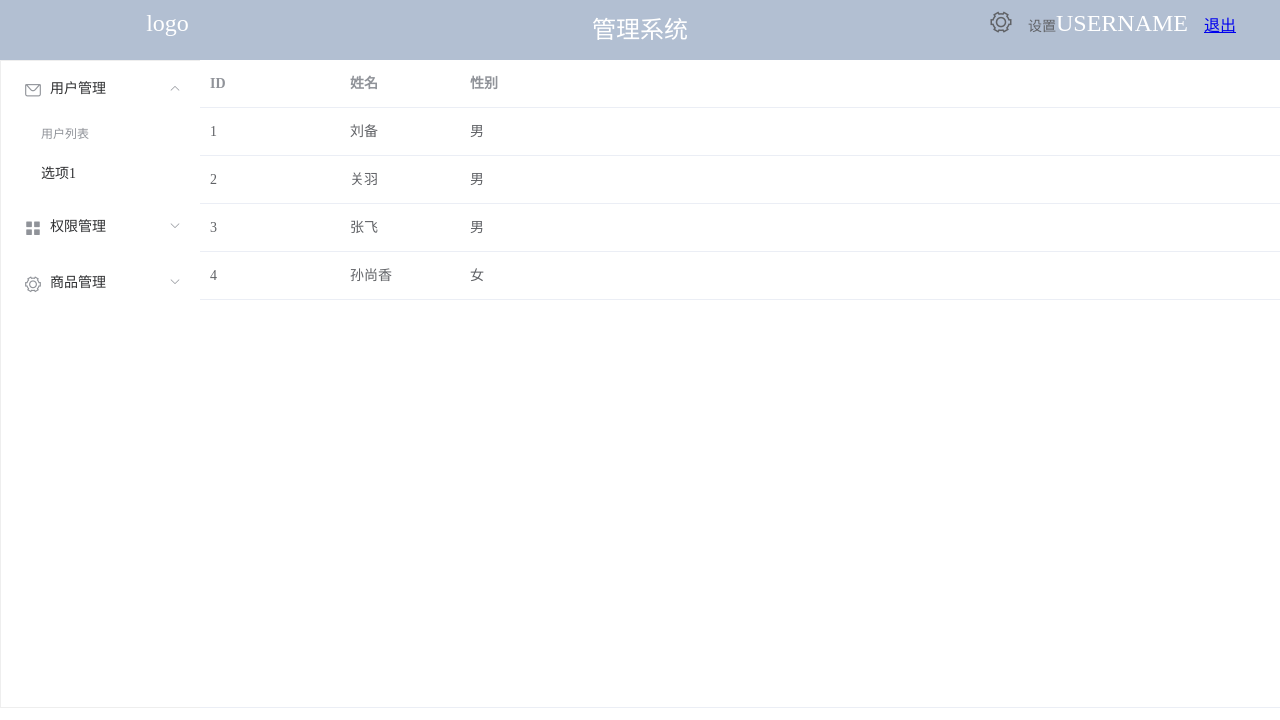
Repository: euphor1azzy/testlist
Page: / (app in list/)
The author's editor kept a copy of each file at every save. The page is drawn from the files as they stood at one save, then again after the next save.
The browser window is 1280 px wide. The pictures show the whole page.
The project was rebuilt for these pictures with package versions that can differ from the ones it lists, and the page was loaded fresh each time. Requests to the local data server were answered from the project's data file. Also part of the build but not shown: list/src/views/login/login.vue.

Above is the page before, as saved 2020-08-24 10:11:01.

### list/src/main.js
// 引入组件
import Vue from 'vue'
import ElementUI from 'element-ui';
import App from './App.vue'
import router from './router'
import MyHttpServer from './plugins/http'
Vue.use(router);


// 引入css文件
import './assets/css/reset.css'
import 'element-ui/lib/theme-chalk/index.css';


//使用插件
Vue.use(ElementUI)
Vue.use(MyHttpServer)
Vue.config.productionTip = false


new Vue({
    el: '#app',
    router,
    render: h => h(App)
}).$mount('#app')

### list/src/App.vue
<template>
  <div id="app" >

    <router-view></router-view>
  </div>
</template>

<script>

</script>

<style>
#app{

  height:100vh
}
</style>

### list/src/router/index.js
import Vue from 'vue'
import Router from 'vue-router'
import Home from '../views/home.vue'
import Login from '../views/login/login.vue'



Vue.use(Router);



export default new Router({
    routes: [{
            path: '/',
            name: 'home',
            component: Home

        },
        {
            name: 'Login',
            path: '/login',
            component: Login
        }
    ]
});

### list/src/plugins/http.js
//将axios改为插件
import axios from 'axios'
const MyHttpServer = {}


MyHttpServer.install = (Vue) => {
    axios.defaults.baseURL = 'http://localhost:8888/api/private/v1/'

    // 添加实例方法
    Vue.prototype.$http = axios

}

export default MyHttpServer

### list/src/assets/css/reset.css
/*! minireset.css v0.0.2 | MIT License | github.com/jgthms/minireset.css */

html,
body,
p,
ol,
ul,
li,
dl,
dt,
dd,
blockquote,
figure,
fieldset,
legend,
textarea,
pre,
iframe,
hr,
h1,
h2,
h3,
h4,
h5,
h6 {
    /* height: 100%; */
    margin: 0;
    padding: 0;
}

h1,
h2,
h3,
h4,
h5,
h6 {
    font-size: 100%;
    font-weight: normal;
}

ul {
    list-style: none;
}

button,
input,
select,
textarea {
    margin: 0;
}

html {
    box-sizing: border-box;
}

* {
    box-sizing: inherit;
}

*:before,
*:after {
    box-sizing: inherit;
}

img,
embed,
object,
audio,
video {
    height: auto;
    max-width: 100%;
}

iframe {
    border: 0;
}

table {
    border-collapse: collapse;
    border-spacing: 0;
}

td,
th {
    padding: 0;
    text-align: left;
}

### list/src/views/home.vue
<template>
    <div>

    <v-appnav></v-appnav>
    <div class="con">

    <v-appslider></v-appslider>

    <!-- 内容 -->
   <v-list></v-list>
    <router-link></router-link>
  </div>
</div>
</template>

<script>
// 导入组件

import AppNav from "../components/common/appnav";
import AppSlider from "../components/common/appslider";
import List from "../components/list/list";

export default {
  name: "Home",
  // 注册组件
  components: {
    "v-appnav": AppNav,
    "v-appslider": AppSlider,
    "v-list": List,
  },
};
</script>

<style>
.con {
  height: 100%;
  display: flex;
  flex: auto;
  flex-flow: row wrap;
  justify-content: flex-start;
  background-color: #e9eef5;
}
</style>

### list/src/components/common/appnav.vue
<template>
  <el-header class="nav">
    <el-row>
      <el-col :span="6">
        <div class="grid-content bg-purple">logo</div>
      </el-col>
      <el-col :span="12">
        <div class="grid-content bg-purple-light">管理系统</div>
      </el-col>
      <el-col :span="6">
        <div class="grid-content bg-purple">
          <el-dropdown>
            <i class="el-icon-setting" style="margin-right: 15px"></i><span>设置</span>
            <el-dropdown-menu slot="dropdown">
              <el-dropdown-item>查看</el-dropdown-item>
              <el-dropdown-item>新增</el-dropdown-item>
              <el-dropdown-item>删除</el-dropdown-item>
            </el-dropdown-menu>
          </el-dropdown>
          <span>USERNAME</span>
          <router-link to="/login" style="padding-left:16px;font-size:16px">退出</router-link>
        </div>
      </el-col>
    </el-row>
  </el-header>
</template>

<script>
export default {
  name: "AppNav",
};
</script>

<style scoped>
.nav {
  padding: 10px;
  text-align: center;
  font-size: 24px;
  width: 100%;
  color: #fff;
  background-color: #b2bfd2;
}
.el-icon-setting::before {
  font-size: 24px;
}
</style>

### list/src/components/common/appslider.vue
<template>
   <div id="el-container">
        <el-menu  :default-openeds="['1']" :unique-opened="true">
          <el-submenu index="1">
            <template slot="title">
              <i class="el-icon-message"></i>用户管理 </template>
            <el-menu-item-group>
              <template slot="title">用户列表</template>
              <el-menu-item index="1-1">选项1</el-menu-item>

            </el-menu-item-group>


          </el-submenu>

          <el-submenu index="2">
            <template slot="title">
              <i class="el-icon-menu"></i>权限管理
            </template>
            <el-menu-item-group>
              <template slot="title">分组一</template>
              <el-menu-item index="2-1">选项1</el-menu-item>
              <el-menu-item index="2-2">选项2</el-menu-item>
            </el-menu-item-group>
            <el-menu-item-group title="分组2">
              <el-menu-item index="2-3">选项3</el-menu-item>
            </el-menu-item-group>

          </el-submenu>


          <el-submenu index="3">
            <template slot="title">
              <i class="el-icon-setting"></i>商品管理
            </template>
            <el-menu-item-group>
              <template slot="title">分组一</template>
              <el-menu-item index="3-1">选项1</el-menu-item>
              <el-menu-item index="3-2">选项2</el-menu-item>
            </el-menu-item-group>

          </el-submenu>
        </el-menu>
      </div>
</template>

<script>
export default {

}
</script>

<style>
#el-container{
height: 90vh;
 border: 1px solid #eee;
  width:200px;
      display: flex;
    flex-direction: row;
    flex: 0;
    flex-basis: auto;
    box-sizing: border-box;
    min-width: 0;
}
</style>

### list/src/components/list/list.vue


<template>
       <el-table :data="items">
            <el-table-column prop="id" label="ID" width="140"></el-table-column>
            <el-table-column prop="name" label="姓名" width="120"></el-table-column>
            <el-table-column prop="gender" label="性别"></el-table-column>
          </el-table>

</template>
<script>
import axios from 'axios'
export default {
created() {
    this.loadData();
  },
  methods: {
    loadData() {
      axios.get("http://localhost:3000/heroes").then((res) => {
        this.items = res.data;
      });
    },
  },
  name: "list",
  data() {
    return {
      items: [],
      name: "",
      gender: "",
    };
  },
}
</script>

<style>

</style>

### list/server/db.json
{
    "users": [{
            "id": 1,
            "name": "abc",
            "age": 18,
            "gender": "男"
        },
        {
            "id": 2,
            "name": "SDSA",
            "age": 18,
            "gender": "男"
        },
        {
            "id": 3,
            "name": "SDSD",
            "age": 18,
            "gender": "女"
        },
        {
            "id": 4,
            "name": "FSAFA",
            "age": 18,
            "gender": "男"
        }
    ],
    "heroes": [{
        "id": 1,
        "name": "刘备",
        "gender": "男"
    }, {
        "id": 2,
        "name": "关羽",
        "gender": "男"
    }, {
        "id": 3,
        "name": "张飞",
        "gender": "男"
    }, {
        "id": 4,
        "name": "孙尚香",
        "gender": "女"
    }]
}

Loaded but not shown: list/public/index.html (common file)

After the next save:
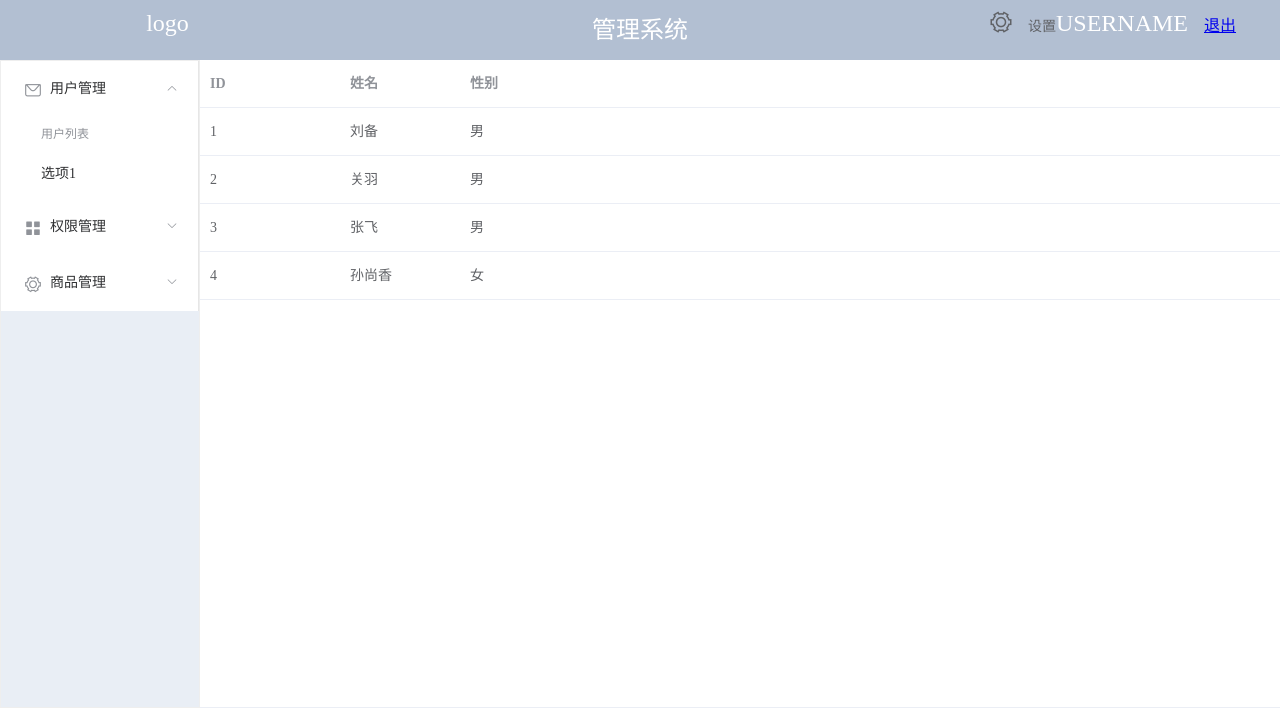
Saved 93 s later.
--- a/list/src/components/common/appslider.vue
+++ b/list/src/components/common/appslider.vue
@@ -55,11 +55,11 @@ export default {
 height: 90vh;
  border: 1px solid #eee;
   width:200px;
-      display: flex;
+      /* display: flex;
     flex-direction: row;
     flex: 0;
     flex-basis: auto;
     box-sizing: border-box;
-    min-width: 0;
+    min-width: 0; */
 }
 </style>
